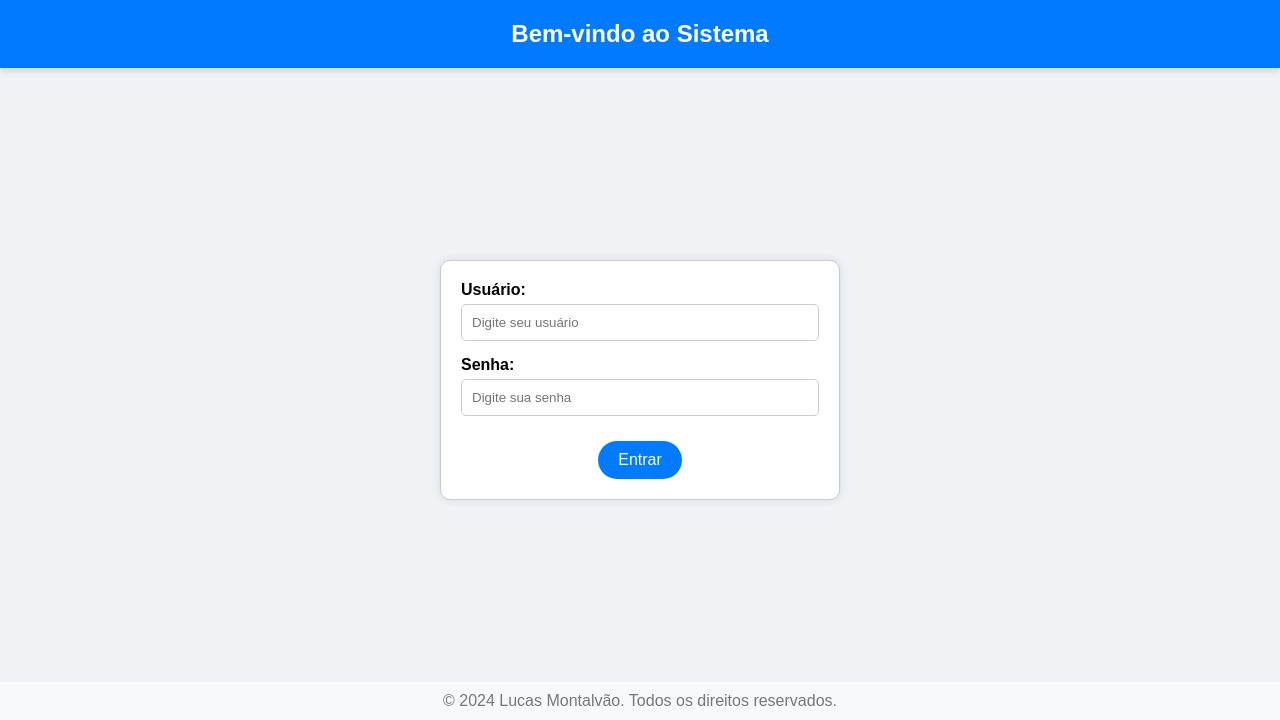
Repository: LucasMontalvao1/ProjetoMaxima
Page: / (app in AngularMaxima/)
These files come from the project's save history. The page is drawn as it stood at one moment and after the next save; the edit follows.
The browser window is 1280 px wide. The pictures show the whole page.
The project was rebuilt for these pictures with package versions that can differ from the ones it lists, and the page was loaded fresh each time. Also part of the build but not shown: AngularMaxima/angular.json, AngularMaxima/src/app/pages/home/home.component.ts.

Above is the page before, as saved 2024-07-14 17:29:24.

After the next save:
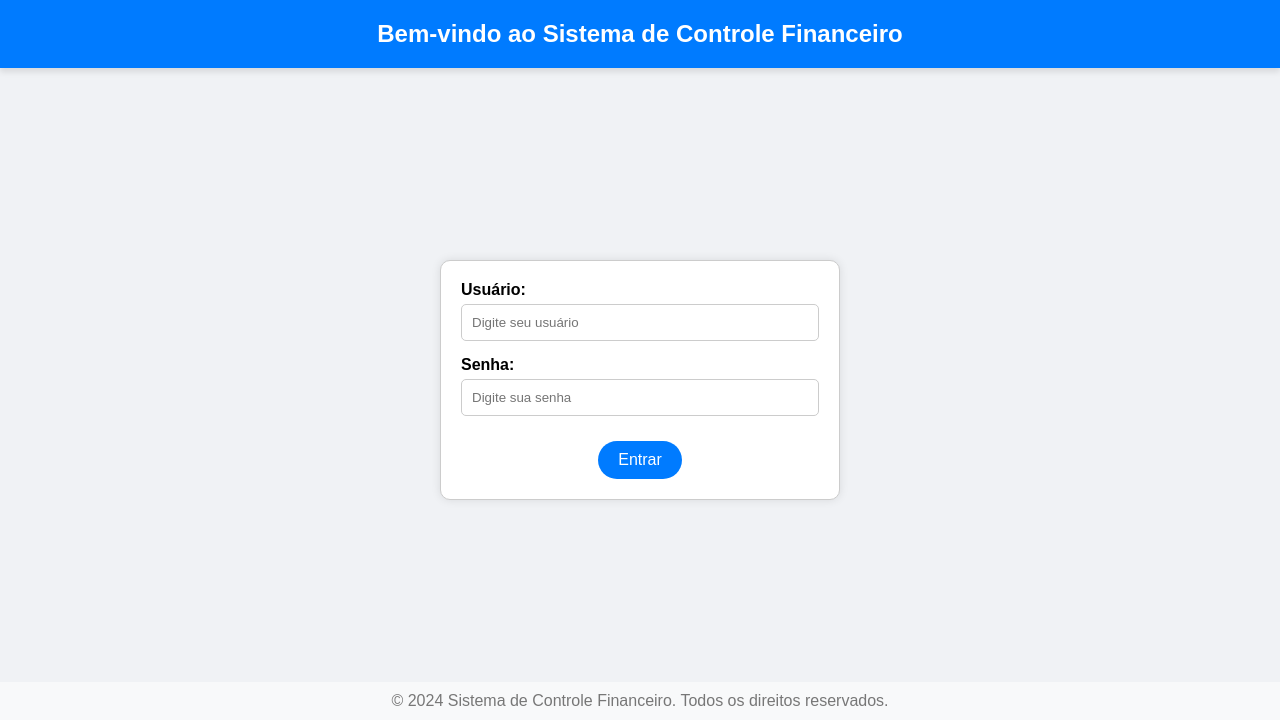
Saved 12 s later.
--- a/AngularMaxima/src/app/pages/login/login.component.html
+++ b/AngularMaxima/src/app/pages/login/login.component.html
@@ -1,9 +1,13 @@
 <div class="main-container">
   <header class="header">
-    <h1>Bem-vindo ao Sistema</h1>
+    <h1>Bem-vindo ao Sistema de Controle Financeiro</h1>
   </header>
   <div class="login-container">
     <form [formGroup]="loginForm" (ngSubmit)="onSubmit()">
+      <div *ngIf="showError" class="alert alert-danger">
+        Erro ao realizar login. Verifique suas credenciais e tente novamente.
+        <button type="button" class="close" (click)="closeError()">&times;</button>
+      </div>
       <div class="form-group">
         <label for="username">Usuário:</label>
         <input type="text" id="username" formControlName="username" class="form-control" placeholder="Digite seu usuário">
@@ -16,6 +20,6 @@
     </form>
   </div>
   <footer class="footer">
-    <p>&copy; 2024 Lucas Montalvão. Todos os direitos reservados.</p>
+    <p>&copy; 2024 Sistema de Controle Financeiro. Todos os direitos reservados.</p>
   </footer>
 </div>
